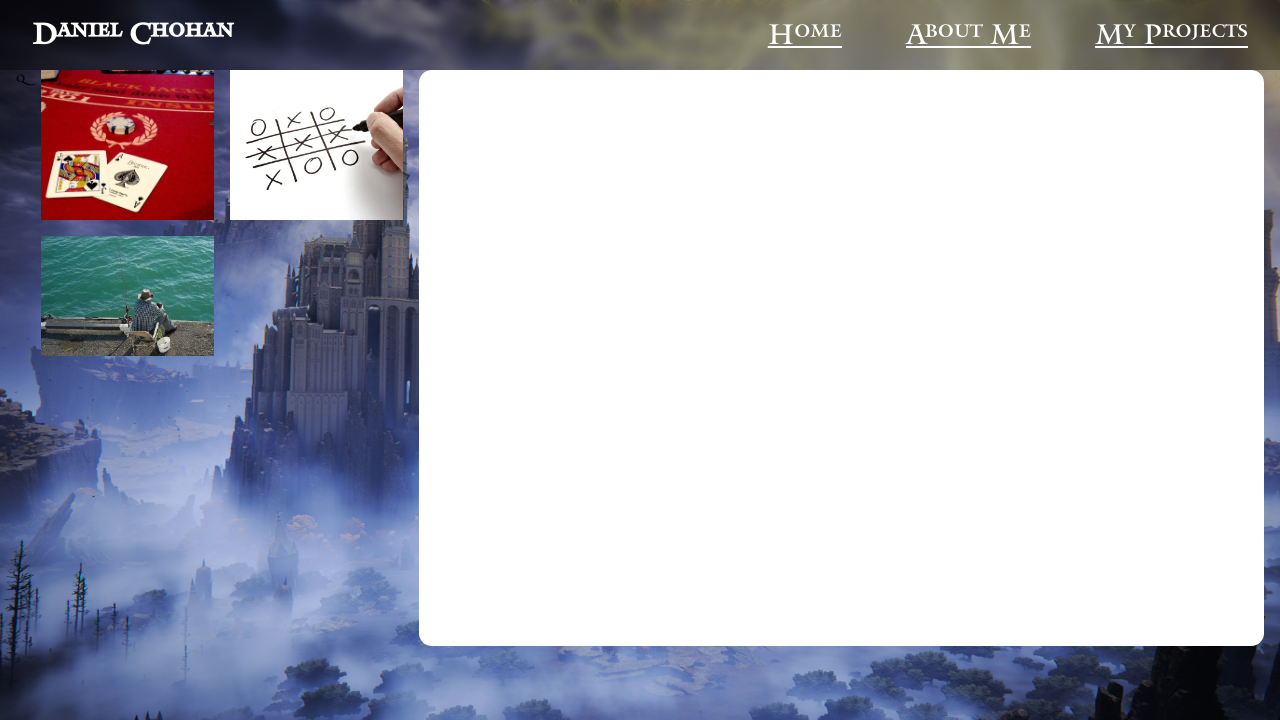
Repository: danielchohan/danielchohan
Page: pages/projects.html
These files come from the project's save history. The page is drawn as it stood at one moment and after the next save; the edit follows.
The browser window is 1280 px wide. The pictures show the whole page.

Above is the page before, as saved 2026-05-08 18:20:55.

### pages/projects.html
<!DOCTYPE html>
<html lang="en">
<head>
    <meta charset="UTF-8">
    <meta name="viewport" content="width=device-width, initial-scale=1.0">
    <title>My Projects</title>
    <link rel="stylesheet" href="../styles/projects.css">
    <link rel="stylesheet" href="../styles/global.css">
</head>
<body>
     <!-- Nav Bar-->
<nav class ="topbar">
    <h1 class="logo">Daniel Chohan</h1>
        <UL class="navlinks">
            <li><a href="../index.html">Home</a></li>
            <li><a href="aboutme.html">About Me</a></li>
            <li><a href="Projects.html">My Projects</a></li>
        </UL>

       <div class="burgerbar">
            <span></span>
            <span></span>
            <span></span>
        </div>
</nav>

<section class="pagebg">

    <div class="projectslayout">=
        <aside class ="sidebar">
            <a href="blackjack.html" target="myframe" aria-label="Select BlackJack">
                <img alt="Image of a blackjack table to represent my blackjack project" src="../assets/images/blackjackicon.jpg">
            </a>
            <a href="tictactoe.html" target="myframe" aria-lable="Select TicTacToe">
                <img alt="Image of a tictactoe board to represent the logo for the project" src="../assets/images/tictactoeicon.jpg">
            </a>
            <a href="fishing.html" target="myframe" aria-label="Select Fishing Game">
                <img  alt="Man fishing seated, serves as icon for fishing game" src="../assets/images/fishingicon.jpg">
            </a>
        </aside>

        <main class="mainview">

            <iframe name="projectframe" src="blackjack.html" title="Project Viewer">
            </iframe>

        </main>
    </div>

</section>
</body>
</html>

### styles/projects.css
.projectslayout{
  display:flex;
  flex-direction:column;
  gap:1rem;
}

.sidebar{
  display:grid;
  grid-template-columns: 1fr;
  gap:1rem;
}
.sidebar img{
  width:100%;
  height:100%;
  object-fit: cover;
  transition:0.3s
}
.sidebar a:hover img{
  transform:scale(1.05);
}

.mainview{
  width:100;
}

iframe{
  width:100%;
  min-height:60vh;
  border:none;
  border-radius:0.8rem;
  background:white;
}


@media (min-width:768px){
  .projectslayout{
    flex-direction:row;
    align-items:flex-start;
  }
  .sidebar{
    width:35%;
    grid-template-columns: 1fr 1fr;
  }
  .mainview{
    width:65%;
  }
  iframe{
    min-height:75vh;
  }
}

@media(min-width:1024px){
  .sidebar{
    width:30%;
  }
  .mainview{
    width:70%;
  }
  iframe{
    min-height:80vh;
  }
}

### styles/global.css
@font-face {
    font-family: EldenFont;
    src: url(../assets/fonts/Mantinia\ Regular.otf);
    font-weight: normal;
    font-style: normal;
}
body{
    font-family:EldenFont, serif;
}
*{
    margin: 0;
    padding: 0;
    box-sizing: border-box;
}
.pagebg{
    min-height: 100vh;
    width:100%;

   background: url(../assets/images/Liurnia.jpg);
    background-size:cover;
    display:flex;
    justify-content: center;
    align-items: center;

    padding: 1rem;
}

/* Nav Bar */
.logo{
    font-size: 1.5rem;
    display:flex;

}
.topbar{
    position:fixed;
    top:0;
    width:100%;
    padding:  1rem 2rem;
    display: flex;
    justify-content: space-between;
    align-items: center;
    background:rgba(0,0,0,0.4);
    backdrop-filter:blur(4px);
    color:white;
    z-index: 10;
}
/* Mobile option first */
.navlinks{
    display:none;
}

.navlinks a{
    color: white;
    font-size: 1.75rem;
}

.burgerbar{
    display:flex;
    flex-direction: column;
    gap:0.35rem;
    cursor:pointer;
}
.burgerbar span{
    width:1.7rem;
    height:0.2rem;
    background:white;
    border-radius: 2rem;;
}
@media (min-width:768px) {
    .burgerbar{
        display:none;
    }
    .navlinks{
        display:flex;
        list-style: none;
        gap:3rem;
    }
}
@media(min-width:1024px){
    .navlinks{
        gap:4rem;
    }
    .logo{
        font-size:1.8rem;
    }
}

Loaded but not shown: pages/blackjack.html (no stored copy; drawn as an empty file)

After the next save:
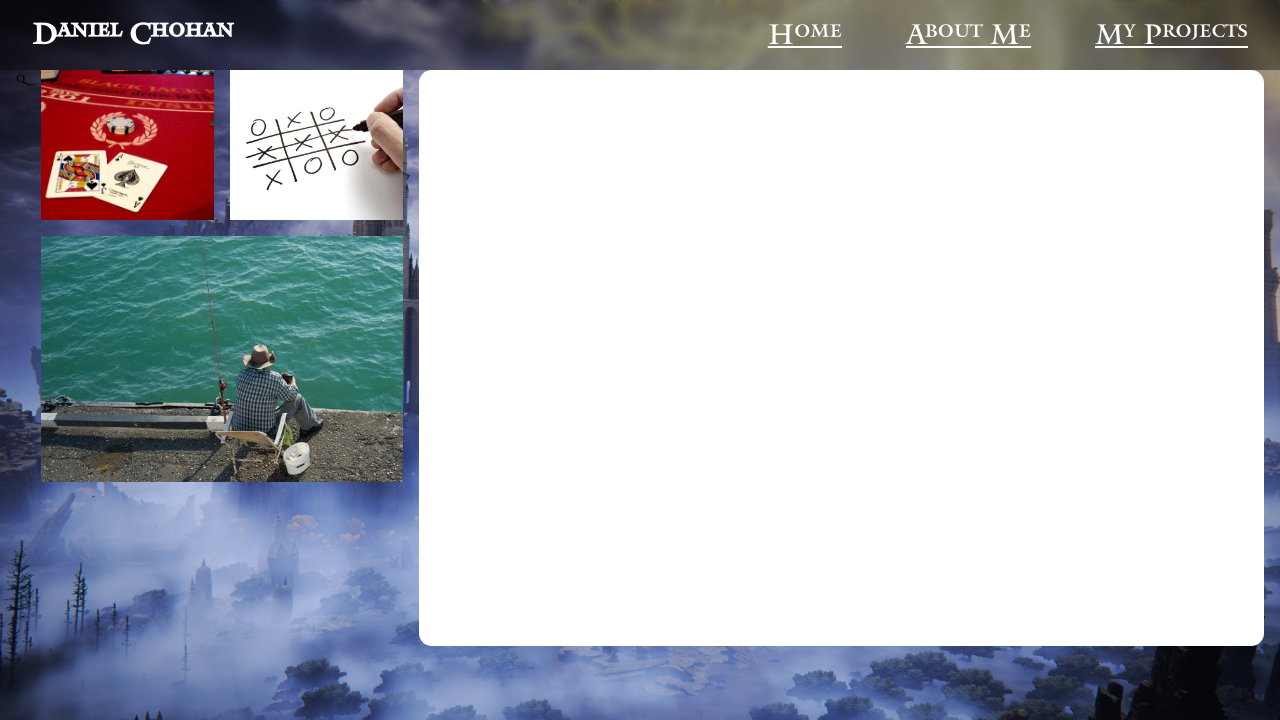
Saved 4 min 43 s later.
--- a/styles/projects.css
+++ b/styles/projects.css
@@ -53,6 +53,9 @@
   .sidebar{
     width:30%;
   }
+  .sidebar a:last-child{
+    grid-column:span 2;
+  }
   .mainview{
     width:70%;
   }
